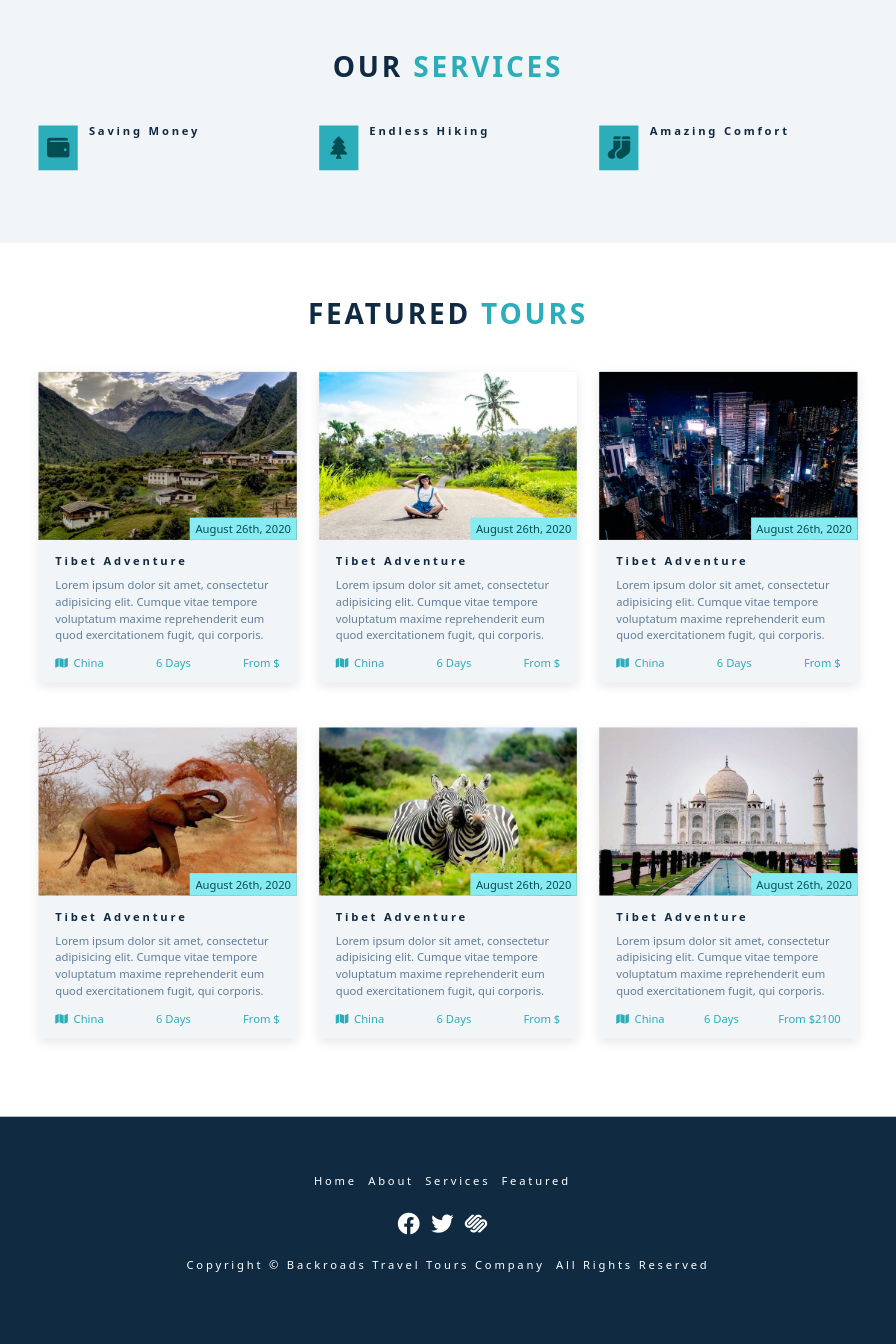
Repository: EdurdodaSilva/Ract_Basic
Page: /
The author's editor kept a copy of each file at every save. The page is drawn from the files as they stood at one save, then again after the next save.
The browser window is 1280 px wide. The pictures show the part of the page from y = 1415 to 3335 px (the page is 3335 px tall), at 70% of full size.
Some web libraries are served in a nearby version. The project was rebuilt for these pictures with package versions that can differ from the ones it lists, and the page was loaded fresh each time.

Above is the page before, as saved 2024-08-30 07:07:43.

### public/index.html
<!DOCTYPE html>
<html lang="en">

<head>
  <meta charset="utf-8" />
  <link rel="icon" href="%PUBLIC_URL%/favicon.ico" />
  <meta name="viewport" content="width=device-width, initial-scale=1" />
  <meta name="theme-color" content="#000000" />
  <meta name="description" content="Web site created using create-react-app" />
  <link rel="apple-touch-icon" href="%PUBLIC_URL%/favicon.ico" />
  <!--
      manifest.json provides metadata used when your web app is installed on a
      user's mobile device or desktop. See https://developers.google.com/web/fundamentals/web-app-manifest/
    -->
  <link rel="manifest" href="%PUBLIC_URL%/manifest.json" />
  <!--
      Notice the use of %PUBLIC_URL% in the tags above.
      It will be replaced with the URL of the `public` folder during the build.
      Only files inside the `public` folder can be referenced from the HTML.

      Unlike "/favicon.ico" or "favicon.ico", "%PUBLIC_URL%/favicon.ico" will
      work correctly both with client-side routing and a non-root public URL.
      Learn how to configure a non-root public URL by running `npm run build`.
    -->
  <!-- font-awesome -->
  <link rel="stylesheet" href="https://cdnjs.cloudflare.com/ajax/libs/font-awesome/5.12.0/css/all.min.css"
    integrity="sha512-c93ifPoTvMdEJH/rKIcBx//AL1znq9+4/RmMGafI/vnTFe/dKwnn1uoeszE2zJBQTS1Ck5CqSBE+34ng2PthJg=="
    crossorigin="anonymous" referrerpolicy="no-referrer" />
  <title>BackRoads App</title>
</head>

<body>
  <noscript>You need to enable JavaScript to run this app.</noscript>
  <div id="root"></div>
  <!--
      This HTML file is a template.
      If you open it directly in the browser, you will see an empty page.

      You can add webfonts, meta tags, or analytics to this file.
      The build step will place the bundled scripts into the <body> tag.

      To begin the development, run `npm start` or `yarn start`.
      To create a production bundle, use `npm run build` or `yarn build`.
    -->
</body>

</html>

### src/index.css
/*
===============
Variables
===============
*/

:root {
    /* dark shades of primary color*/
    --clr-primary-1: hsl(184, 91%, 17%);
    --clr-primary-2: hsl(185, 84%, 25%);
    --clr-primary-3: hsl(185, 81%, 29%);
    --clr-primary-4: hsl(184, 77%, 34%);
    /* primary/main color */
    --clr-primary-5: hsl(185, 62%, 45%);
    /* lighter shades of primary color */
    --clr-primary-6: hsl(185, 57%, 50%);
    --clr-primary-7: hsl(184, 65%, 59%);
    --clr-primary-8: hsl(184, 80%, 74%);
    --clr-primary-9: hsl(185, 94%, 87%);
    --clr-primary-10: hsl(186, 100%, 94%);
    /* darkest grey - used for headings */
    --clr-grey-1: hsl(209, 61%, 16%);
    --clr-grey-2: hsl(211, 39%, 23%);
    --clr-grey-3: hsl(209, 34%, 30%);
    --clr-grey-4: hsl(209, 28%, 39%);
    /* grey used for paragraphs */
    --clr-grey-5: hsl(210, 22%, 49%);
    --clr-grey-6: hsl(209, 23%, 60%);
    --clr-grey-7: hsl(211, 27%, 70%);
    --clr-grey-8: hsl(210, 31%, 80%);
    --clr-grey-9: hsl(212, 33%, 89%);
    --clr-grey-10: hsl(210, 36%, 96%);
    --clr-white: #fff;
    --ff-primary: "Lato", sans-serif;
    --transition: all 0.3s linear;
    --spacing: 0.25rem;
    --radius: 0.5rem;
    --light-shadow: 0 5px 15px rgba(0, 0, 0, 0.1);
    --dark-shadow: 0 5px 15px rgba(0, 0, 0, 0.2);
}
/*
===============
Global Styles
===============
*/

* {
    margin: 0;
    padding: 0;
    box-sizing: border-box;
}
html {
    scroll-behavior: smooth;
}
body {
    font-family: system-ui, -apple-system, BlinkMacSystemFont, "Segoe UI",
        Roboto, Oxygen, Ubuntu, Cantarell, "Open Sans", "Helvetica Neue",
        sans-serif;
    background: var(--clr-white);
    color: var(--clr-grey-1);
    line-height: 1.5;
    font-size: 0.875rem;
}
ul {
    list-style-type: none;
}
a {
    text-decoration: none;
}
img:not(.nav-logo) {
    width: 100%;
    display: block;
}

h1,
h2,
h3,
h4 {
    letter-spacing: var(--spacing);
    text-transform: capitalize;
    line-height: 1.25;
    margin-bottom: 0.75rem;
}
h1 {
    font-size: 3rem;
}
h2 {
    font-size: 2rem;
}
h3 {
    font-size: 1.25rem;
}
h4 {
    font-size: 0.875rem;
}
p {
    margin-bottom: 1.25rem;
    color: var(--clr-grey-5);
}
@media screen and (min-width: 800px) {
    h1 {
        font-size: 4rem;
    }
    h2 {
        font-size: 2.5rem;
    }
    h3 {
        font-size: 1.75rem;
    }
    h4 {
        font-size: 1rem;
    }
    body {
        font-size: 1rem;
    }
    h1,
    h2,
    h3,
    h4 {
        line-height: 1;
    }
}
/*  global classes */

.btn {
    text-transform: uppercase;
    background: var(--clr-primary-5);
    color: var(--clr-white);
    padding: 0.375rem 0.75rem;
    letter-spacing: var(--spacing);
    display: inline-block;
    /* font-weight: 700; */
    transition: var(--transition);
    font-size: 0.875rem;
    border: 2px solid transparent;
    cursor: pointer;
    box-shadow: 0 1px 3px rgba(0, 0, 0, 0.2);
}
.btn:hover {
    color: var(--clr-primary-1);
    background: var(--clr-primary-8);
}
/* section */
.section {
    padding: 5rem 0;
    scroll-margin-top: 4rem;
}
.section-title {
    text-align: center;
    margin-bottom: 4rem;
}
.section-title h2 {
    text-transform: uppercase;
}
.section-title span {
    color: var(--clr-primary-5);
}
.section-center {
    width: 90vw;
    margin: 0 auto;
    max-width: 1170px;
}
@media screen and (min-width: 992px) {
    .section-center {
        width: 95vw;
    }
}

/*
===============
Hero
===============
*/

.hero {
    min-height: 100vh;
    background: var(--clr-primary-5);
    display: flex;
    justify-content: center;
    align-items: center;
}
.hero-banner {
    text-align: center;
    color: var(--clr-white);
    padding: 0 3rem;
}
.hero-banner h1 {
    text-transform: uppercase;
}
.hero-banner p {
    max-width: 35rem;
    margin-left: auto;
    margin-right: auto;
    color: var(--clr-white);
    letter-spacing: var(--spacing);
}
.hero-btn {
    padding: 0.9rem 1.6rem;
    font-size: 1.25rem;
    background: var(--clr-white);
    color: var(--clr-primary-5);
}
.hero-btn:hover {
    background: transparent;
    color: var(--clr-white);
    border-color: var(--clr-white);
}
@media screen and (min-width: 768px) {
    .hero {
        background: linear-gradient(rgba(44, 174, 186, 0.7), rgba(0, 0, 0, 0.7)),
            url("./images/main.jpeg") center/cover no-repeat;
    }
    .hero-banner {
        padding: 0;
    }
    .hero-banner p {
        max-width: 45rem;
    }
}
/*
===============
About
===============
*/
/* section added to globals */
/* title added to globals */
/* section center added to globals */
.about-img,
.about-info {
    margin-bottom: 2rem;
}

@media screen and (min-width: 992px) {
    .about-center {
        display: grid;
        grid-template-columns: 1fr 1fr;
        column-gap: 2rem;
    }
    .about-img,
    .about-info {
        margin-bottom: 0;
    }
}
@media screen and (min-width: 1170px) {
    .about-img::before {
        content: "";
        position: absolute;
        width: 100%;
        height: 100%;
        border: 0.5rem solid var(--clr-primary-5);
        box-sizing: border-box;
        top: -1.5rem;
        left: -1.5rem;
    }

    .about-img {
        position: relative;
    }
    .about-photo {
        position: relative;
    }
}
/*
===============
Services
===============
*/
.services {
    background: var(--clr-grey-10);
}
.service {
    text-align: center;
    margin-bottom: 3rem;
}
.service-icon {
    background: var(--clr-primary-5);
    color: var(--clr-primary-1);
    padding: 0.5rem;
    display: inline-block;
    font-size: 2rem;
    margin-bottom: 1.5rem;
}
.service-text {
    max-width: 20rem;
    margin-left: auto;
    margin-right: auto;
}

@media screen and (min-width: 576px) {
    .services-center {
        display: grid;
        grid-template-columns: 1fr 1fr;
        gap: 2rem;
    }
    .service {
        margin-bottom: 0rem;
    }
}
@media screen and (min-width: 992px) {
    .services-center {
        grid-template-columns: 1fr 1fr 1fr;
    }
}
@media screen and (min-width: 1170px) {
    .service {
        display: flex;
        text-align: left;
    }
    .service-icon {
        align-self: start;
    }
    .service-info {
        padding-left: 1rem;
    }
    .service-title {
        margin-bottom: 0.5rem;
    }
}

/*
===============
Featured Tours
===============
*/

.tour-card {
    transition: var(--transition);
    background: var(--clr-grey-10);
    box-shadow: 0 5px 15px rgba(0, 0, 0, 0.1);
    margin-bottom: 2rem;
}
.tour-card:hover {
    box-shadow: 0 5px 15px rgba(0, 0, 0, 0.2);
    transform: scale(1.02);
}
.tour-img-container {
    position: relative;
}
.tour-img {
    height: 15rem;
    object-fit: cover;
}
.tour-date {
    position: absolute;
    right: 0;
    bottom: 0;
    background: var(--clr-primary-8);
    color: var(--clr-primary-1);
    text-transform: capitalize;
    padding: 0.25rem 0.5rem;
    margin-bottom: 0;
}
.tour-info {
    padding: 1.25rem 1.5rem;
}
/* additional css for different layout*/
.tour-title {
    display: flex;
    justify-content: space-between;
    flex-wrap: wrap;
}
.tour-title p,
.tour-title h4 {
    margin-bottom: 0.75rem;
    line-height: 1.25;
}
.tour-title p {
    color: var(--clr-grey-7);
}
/* end of additional css for different layout*/
.tour-footer {
    display: flex;
    justify-content: space-between;
    flex-wrap: wrap;
    align-items: center;
}
.tour-footer p {
    line-height: 0;
    margin-bottom: 0;
    text-transform: capitalize;
    color: var(--clr-primary-5);
}
.tour-footer p span {
    margin-right: 0.25rem;
}
.tour-btn {
    text-align: center;
}
@media screen and (min-width: 768px) {
    .featured-center {
        display: grid;
        grid-template-columns: 1fr 1fr;
        gap: 2rem;
    }
}
@media screen and (min-width: 1170px) {
    .featured-center {
        grid-template-columns: 1fr 1fr 1fr;
    }
}

/*
===============
Footer
===============
*/
.footer {
    background: var(--clr-grey-1);
    text-align: center;
    padding-left: 2rem;
    padding-right: 2rem;
}
.footer-links,
.footer-icons {
    display: flex;
    justify-content: center;
    margin-bottom: 1.5rem;
    flex-wrap: wrap;
}
.footer-link {
    color: var(--clr-white);
    text-transform: capitalize;
    font-size: 1rem;
    margin-right: 1rem;
    letter-spacing: var(--spacing);
    transition: var(--transition);
}
.footer-link:hover {
    color: var(--clr-primary-5);
}
.footer-icon {
    font-size: 2rem;
    margin-right: 1rem;
    color: var(--clr-white);
    transition: var(--transition);
}
.footer-icon:hover {
    color: var(--clr-primary-5);
}
.copyright {
    text-transform: capitalize;
    letter-spacing: var(--spacing);
    color: var(--clr-white);
}
.copyright span {
    margin-left: 0.5rem;
}
/*
===============
Navbar
===============
*/
/* add :not(.nav-logo) to img */

.navbar {
    position: fixed;
    top: 0;
    left: 0;
    width: 100%;
    background: var(--clr-white);
    box-shadow: var(--dark-shadow);
    z-index: 2;
    height: 4rem;
    display: flex;
    align-items: center;
}
.nav-icons {
    display: none;
}
.nav-center {
    width: 90vw;
    max-width: 1170px;
    margin: 0 auto;
}
.nav-header {
    display: flex;
    justify-content: space-between;
    align-items: center;
}
.nav-toggle {
    background: transparent;
    border: none;
    outline: none;
    font-size: 1.5rem;
    color: var(--clr-primary-5);
    cursor: pointer;
    transition: var(--transition);
}
.nav-toggle:hover {
    transform: scale(1.2);
}
.nav-link {
    display: block;
    padding: 1rem 2rem;
    text-transform: capitalize;
    letter-spacing: var(--spacing);
    transition: var(--transition);
    color: var(--clr-grey-1);
    cursor: pointer;
    font-size: 1rem;
}
.nav-link:hover {
    color: var(--clr-primary-1);
    background: var(--clr-primary-8);
    padding-left: 2.25rem;
}
/* nav toggle functionality */
.nav-links {
    height: 0;
    overflow: hidden;
    transition: var(--transition);
}
.show-links {
    height: 280px;
}
/* nav at bigger screen size */
@media screen and (min-width: 992px) {
    /* hide nav toggle button */
    .nav-toggle {
        display: none;
    }
    /* show links */
    .nav-links {
        height: auto;
        display: flex;
    }
    .nav-center {
        display: flex;
        justify-content: space-between;
        align-items: center;
        /* optional */
        flex-wrap: wrap;
    }
    .nav-header {
        padding: 0 0;
    }
    .nav-link {
        padding: 0 0;
    }
    .nav-link:hover {
        padding: 0;
        color: var(--clr-primary-5);
        background: transparent;
    }
    .nav-icons {
        display: flex;
    }

    .nav-link {
        margin-right: 0.7rem;
    }
    .nav-icon {
        margin-right: 0.7rem;
        color: var(--clr-primary-5);
        font-size: 1.2rem;
        transition: var(--transition);
    }
    .nav-icon:hover {
        color: var(--clr-primary-8);
    }
}

### src/App.js
import About from "./components/About";
import Featured from "./components/Featured";
import Footer from "./components/Footer";
import Hero from "./components/Hero";
import Navbar from "./components/Navbar";
import Services from "./components/Services";

function App() {
    return (
        <>
            <Navbar />
            <Hero />
            <About />
            <Services />
            <Featured />
            <Footer />
        </>
    );
}

export default App;

### src/components/About.js
import React from "react";
import about from "../images/about.jpeg";
import { Title } from "./Title";

const About = () => {
    return (
        <section className="section" id="about">
            <Title title="about" subTitle="us" />

            <div className="section-center about-center">
                <div className="about-img">
                    <img
                        src={about}
                        className="about-photo"
                        alt="awesome beach"
                    />
                </div>
                <article className="about-info">
                    <h3>explore the difference</h3>
                    <p>
                        Lorem ipsum, dolor sit amet consectetur adipisicing
                        elit. Aspernatur quisquam harum nam cumque temporibus
                        explicabo dolorum sapiente odio unde dolor?
                    </p>
                    <p>
                        Lorem ipsum, dolor sit amet consectetur adipisicing
                        elit. Aspernatur quisquam harum nam cumque temporibus
                        explicabo dolorum sapiente odio unde dolor?
                    </p>
                    <a href="#" className="btn">
                        read more
                    </a>
                </article>
            </div>
        </section>
    );
};

export default About;

### src/components/Hero.js
import React from "react";

const Hero = () => {
    return (
        <section className="hero" id="home">
            <div className="hero-banner">
                <h1>continue exploring</h1>
                <p>
                    Lorem ipsum dolor sit amet consectetur adipisicing elit.
                    Vitae explicabo debitis est autem dicta.
                </p>
                <a href="#tours" className="btn hero-btn">
                    explore tours
                </a>
            </div>
        </section>
    );
};

export default Hero;

### src/components/Services.js
import React from "react";
import { Title } from "./Title";
import { services } from "../data";

const Services = () => {
    return (
        <section className="section services" id="services">
            <Title title="our" subTitle="services" />
            <div className="section-center services-center">
                {services.map((service) => {
                    const { id, icon, title, text } = service;
                    return (
                        <article className="service" key={id}>
                            <span className="service-icon">
                                <i className={icon}></i>
                            </span>
                            <div className="service-info">
                                <h4 className="service-title">{title}</h4>
                                <p className="service-text">{text}</p>
                            </div>
                        </article>
                    );
                })}
            </div>
        </section>
    );
};

export default Services;

### src/components/Title.js
export const Title = ({ title, subTitle }) => {
    return (
        <div className="section-title">
            <h2>
                {title} <span>{subTitle}</span>
            </h2>
        </div>
    );
};

### src/data.js
import tour1 from "../src/images/tour-1.jpeg";
import tour2 from "../src/images/tour-2.jpeg";
import tour3 from "../src/images/tour-3.jpeg";
import tour4 from "../src/images/tour-4.jpeg";
import tour5 from "../src/images/tour-5.jpeg";
import tour6 from "../src/images/tour-6.jpeg";

export const pageLinks = [
    { id: 1, href: "#home", text: "home" },
    { id: 2, href: "#about", text: "about" },
    { id: 3, href: "#services", text: "services" },
    { id: 4, href: "#tours", text: "tours" },
];

export const socialLinks = [
    {
        id: 1,
        href: "https://www.twitter.com",
        icon: "fab fa-facebook",
    },
    {
        id: 2,
        href: "https://www.twitter.com",
        icon: "fab fa-twitter",
    },
    {
        id: 3,
        href: "https://www.twitter.com",
        icon: "fab fa-squarespace",
    },
];

export const services = [
    {
        id: 1,
        icon: "fas fa-wallet fa-fw",
        title: "saving money",
        test: "Lorem ipsum dolor sit amet consectetur adipisicingelit. Asperiores, officia.",
    },
    {
        id: 2,
        icon: "fas fa-tree fa-fw",
        title: "endless hiking",
        test: "Lorem ipsum dolor sit amet consectetur adipisicingelit. Asperiores, officia.",
    },
    {
        id: 3,
        icon: "fas fa-socks fa-fw",
        title: "amazing comfort",
        test: "Lorem ipsum dolor sit amet consectetur adipisicingelit. Asperiores, officia.",
    },
];

export const tours = [
    {
        id: 1,
        image: tour1,
        date: "august 26th, 2020",
        title: "Tibet Adventure",
        info: `Lorem ipsum dolor sit amet, consectetur adipisicing
                            elit. Cumque vitae tempore voluptatum maxime
                            reprehenderit eum quod exercitationem fugit, qui
                            corporis. `,
        location: "China",
        duration: "6 ",
        money: "2100",
    },
    {
        id: 2,
        image: tour2,
        date: "august 26th, 2020",
        title: "Tibet Adventure",
        info: `Lorem ipsum dolor sit amet, consectetur adipisicing
                            elit. Cumque vitae tempore voluptatum maxime
                            reprehenderit eum quod exercitationem fugit, qui
                            corporis. `,
        location: "China",
        duration: "6",
        money: "2100",
    },
    {
        id: 3,
        image: tour3,
        date: "august 26th, 2020",
        title: "Tibet Adventure",
        info: `Lorem ipsum dolor sit amet, consectetur adipisicing
                            elit. Cumque vitae tempore voluptatum maxime
                            reprehenderit eum quod exercitationem fugit, qui
                            corporis. `,
        location: "China",
        duration: "6",
        money: "2100",
    },
    {
        id: 4,
        image: tour4,
        date: "august 26th, 2020",
        title: "Tibet Adventure",
        info: `Lorem ipsum dolor sit amet, consectetur adipisicing
                            elit. Cumque vitae tempore voluptatum maxime
                            reprehenderit eum quod exercitationem fugit, qui
                            corporis. `,
        location: "China",
        duration: "6",
        money: "2100",
    },
    {
        id: 5,
        image: tour5,
        date: "august 26th, 2020",
        title: "Tibet Adventure",
        info: `Lorem ipsum dolor sit amet, consectetur adipisicing
                            elit. Cumque vitae tempore voluptatum maxime
                            reprehenderit eum quod exercitationem fugit, qui
                            corporis. `,
        location: "China",
        duration: "6",
        money: "2100",
    },
    {
        id: 6,
        image: tour6,
        date: "august 26th, 2020",
        title: "Tibet Adventure",
        info: `Lorem ipsum dolor sit amet, consectetur adipisicing
                            elit. Cumque vitae tempore voluptatum maxime
                            reprehenderit eum quod exercitationem fugit, qui
                            corporis. `,
        location: "China",
        duration: "6 ",
        coast: "2100",
    },
];

Loaded but not shown: src/index.js (common file); src/components/Featured.js (133 lines, source omitted); src/components/Footer.js (74 lines, source omitted); src/components/Navbar.js (57 lines, source omitted)

After the next save:
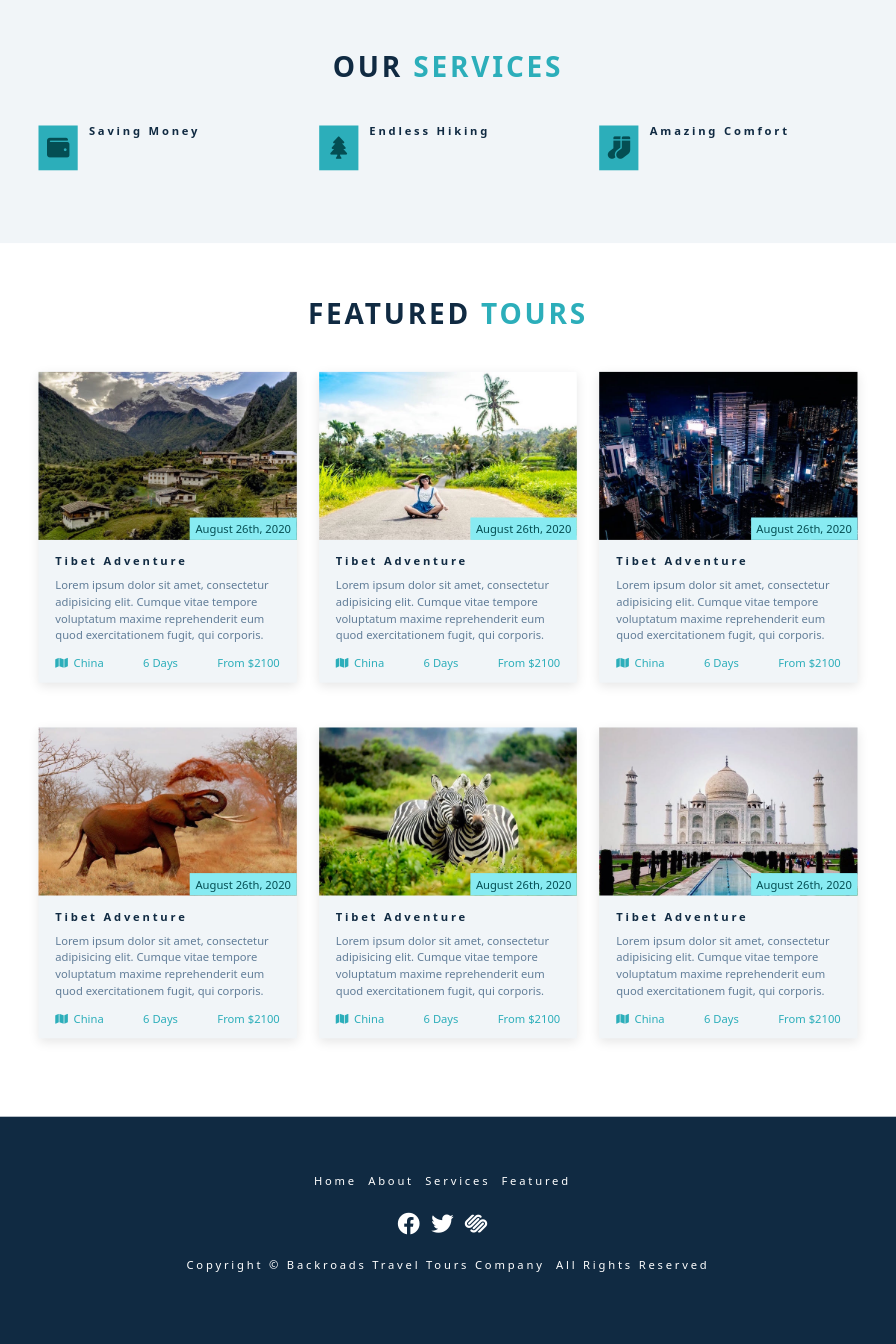
Saved 100 s later.
--- a/src/data.js
+++ b/src/data.js
@@ -63,7 +63,7 @@ export const tours = [
                             corporis. `,
         location: "China",
         duration: "6 ",
-        money: "2100",
+        coast: "2100",
     },
     {
         id: 2,
@@ -76,7 +76,7 @@ export const tours = [
                             corporis. `,
         location: "China",
         duration: "6",
-        money: "2100",
+        coast: "2100",
     },
     {
         id: 3,
@@ -89,7 +89,7 @@ export const tours = [
                             corporis. `,
         location: "China",
         duration: "6",
-        money: "2100",
+        coast: "2100",
     },
     {
         id: 4,
@@ -102,7 +102,7 @@ export const tours = [
                             corporis. `,
         location: "China",
         duration: "6",
-        money: "2100",
+        coast: "2100",
     },
     {
         id: 5,
@@ -115,7 +115,7 @@ export const tours = [
                             corporis. `,
         location: "China",
         duration: "6",
-        money: "2100",
+        coast: "2100",
     },
     {
         id: 6,
